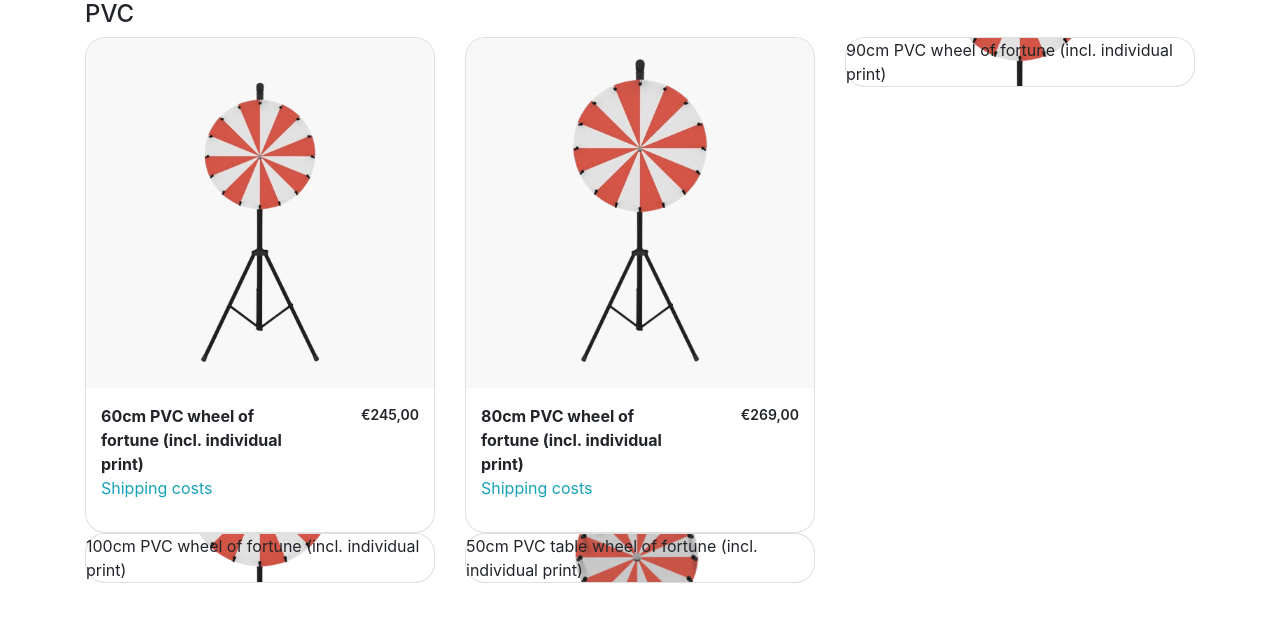
Repository: Awaisp-irfan/fahad-project
Page: pvc.html
An editor plug-in stored every save of this project. The page is shown before and after the next save, followed by the edit.
The browser window is 1280 px wide. The pictures show the whole page.

Above is the page before, as saved 2022-06-30 09:30:07.

After the next save:
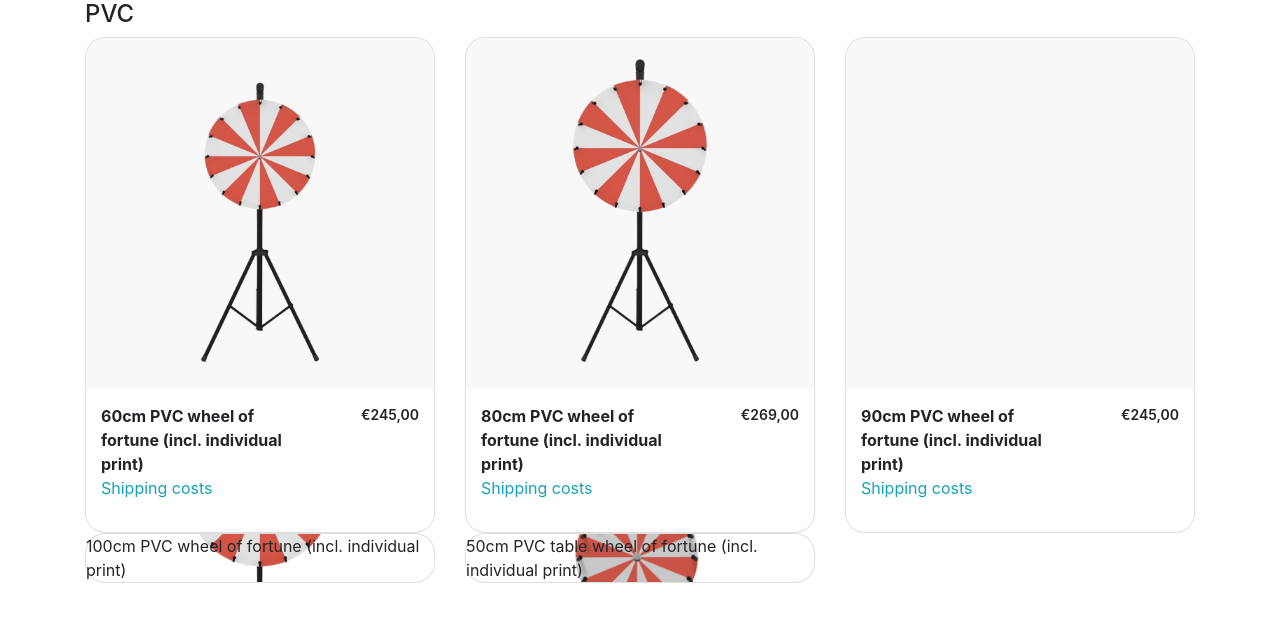
Saved 42 s later.
--- a/pvc.html
+++ b/pvc.html
@@ -57,13 +57,23 @@
               </div>
             </div>
           </div>
-        <div class="col-lg-4">
-          <div class="card img-div">
-            <div class="cm90">
-              90cm PVC wheel of fortune (incl. individual print)
+          <div class="col-lg-4 col-md-6 col-12">
+            <div class="card">
+              <div class="img-div">
+                <div class="cm90-img"></div>
+              </div>
+              <div class="cm60-content d-flex justify-content-between my-lg-3">
+                <div class="col-8">
+                  <p class="title">90cm PVC wheel of fortune (incl. individual print)</p>
+                  <p class="text-info">Shipping costs</p>
+                </div>
+                <div class="col-4 ">
+                  <p class="price">
+                      €245,00
+                </p></div>
+              </div>
             </div>
           </div>
-        </div>
         <div class="col-lg-4">
           <div class="card img-div">
             <div class="cm100">
